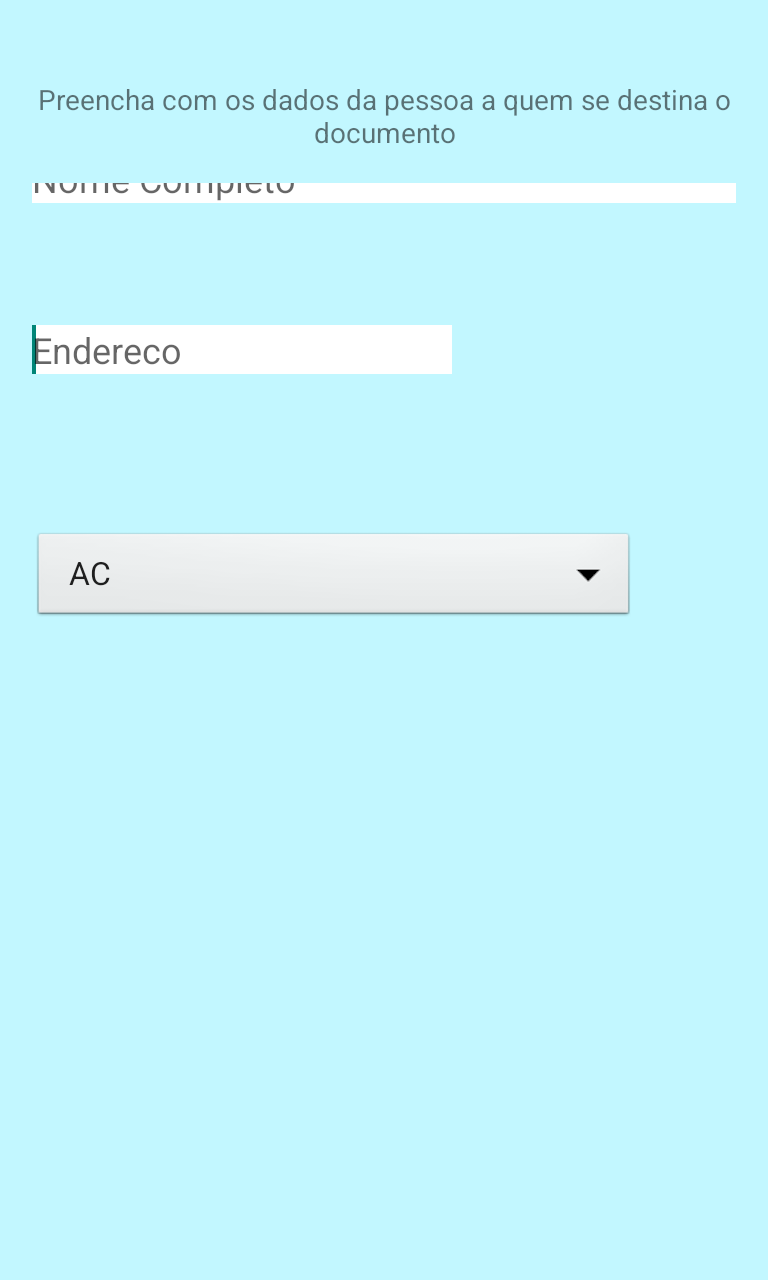
Repository: pdelfino/Projeto-livre
Layout: Protesto Livre/ProtestoLivre/res/layout/fragment_tela05.xml
These files come from the project's save history. The layout is drawn as it stood at one moment and after the next save; the edit follows.
It is drawn on a 768 x 1280 px phone screen (xhdpi) without system bars, with theme AppTheme; the app's code is not run.

Above is the layout before, as saved 2014-05-29 00:39:57.

After the next save:
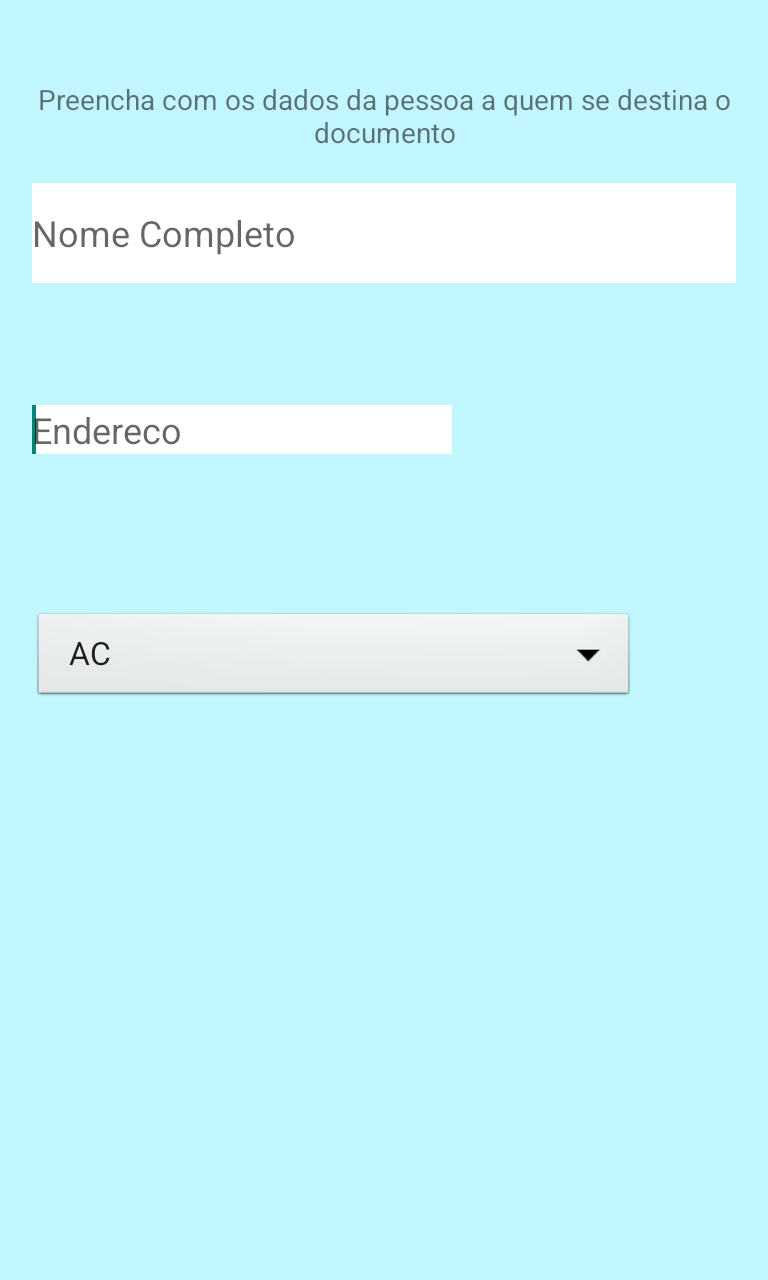
Saved 33 s later.
--- a/Protesto Livre/ProtestoLivre/res/layout/fragment_tela05.xml
+++ b/Protesto Livre/ProtestoLivre/res/layout/fragment_tela05.xml
@@ -48,7 +48,7 @@
     <EditText
         android:id="@+id/Nome"
         android:layout_width="wrap_content"
-        android:layout_height="10"
+        android:layout_height="50"
         android:layout_alignLeft="@+id/textView1"
         android:layout_alignRight="@+id/textView1"
         android:layout_below="@+id/textView1"
